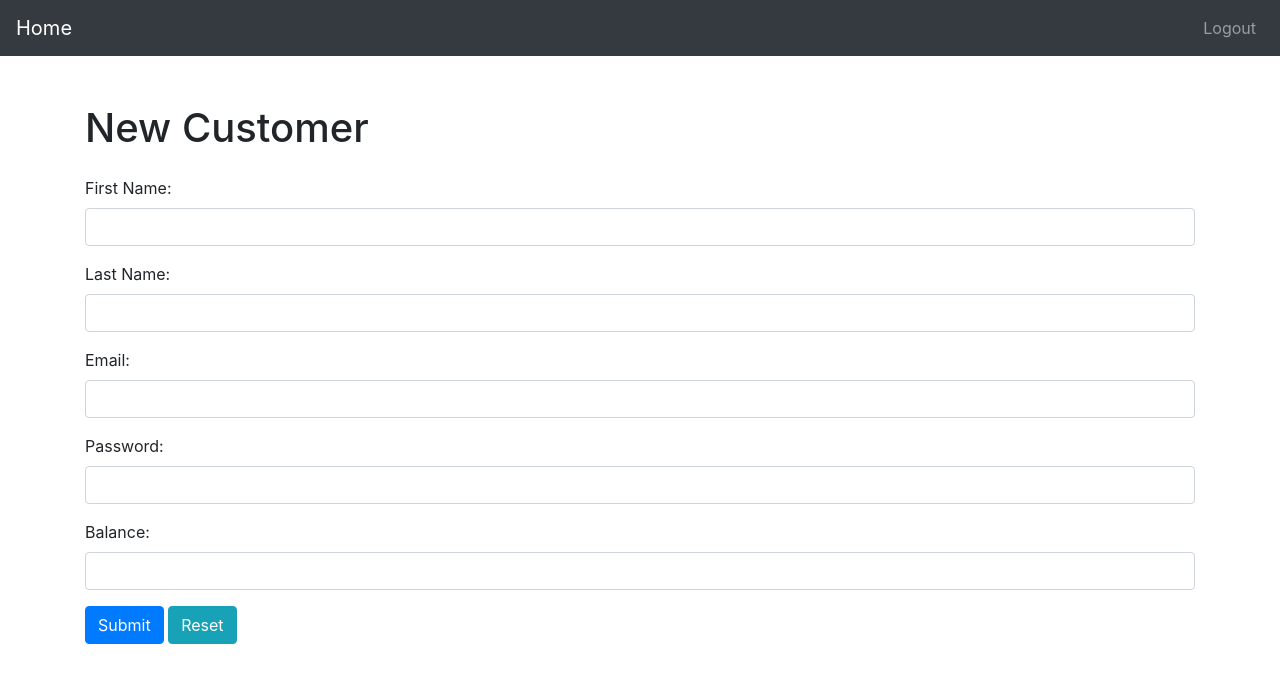
Repository: bhatideepak599/JspServlets
Page: http://localhost/11-bank-application/admin-add-new-Customers.jsp
These files come from the project's save history. The page is drawn as it stood at one moment and after the next save; the edit follows.
The browser window is 1280 px wide. The pictures show the whole page.
The page is served by Tomcat 9.

Above is the page before, as saved 2024-07-22 13:42:49.

After the next save:
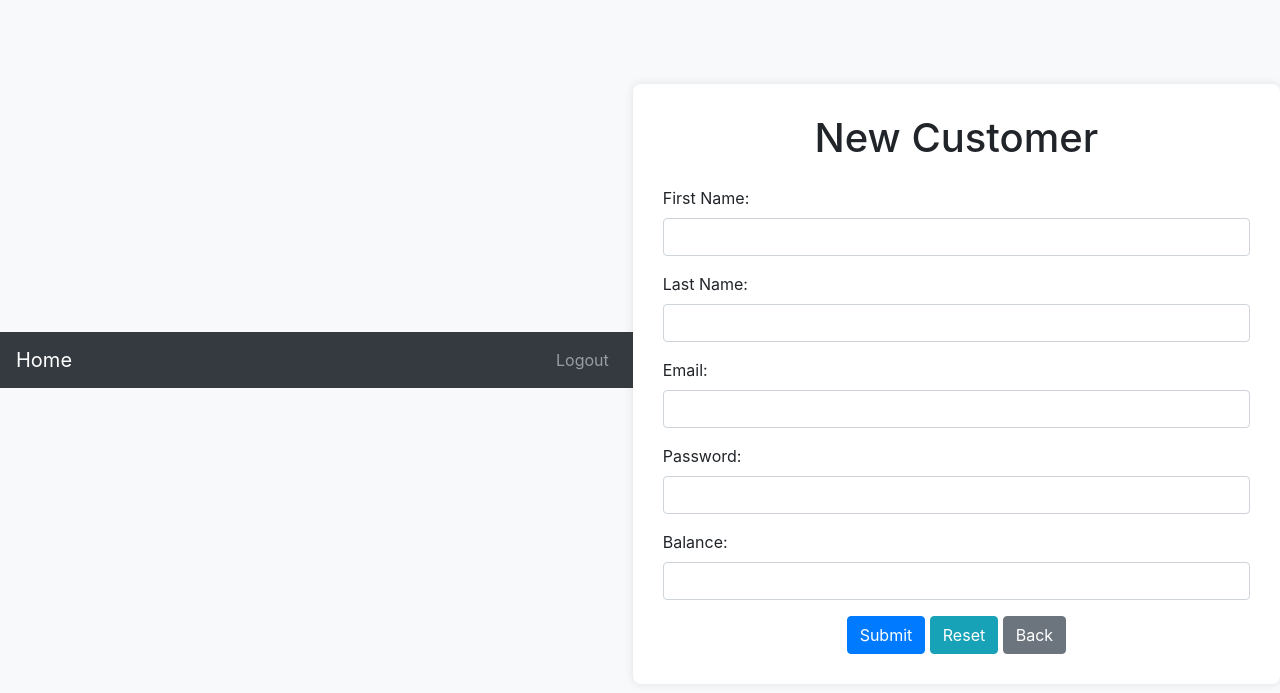
Saved 4 min 11 s later.
--- a/11-bank-application/WebContent/admin-add-new-Customers.jsp
+++ b/11-bank-application/WebContent/admin-add-new-Customers.jsp
@@ -7,42 +7,59 @@
     <title>New Customer</title>
     <!-- Bootstrap CSS -->
     <link href="https://maxcdn.bootstrapcdn.com/bootstrap/4.5.2/css/bootstrap.min.css" rel="stylesheet">
+    <style>
+        body {
+            display: flex;
+            justify-content: center;
+            align-items: center;
+            height: 100vh;
+            background-color: #f8f9fa;
+        }
+        .container {
+            background: #fff;
+            padding: 30px;
+            border-radius: 8px;
+            box-shadow: 0 0 10px rgba(0, 0, 0, 0.1);
+        }
+    </style>
 </head>
 <body>
-<nav class="navbar navbar-expand-lg navbar-dark bg-dark">
-    <a class="navbar-brand" href="AdminController">Home</a>
-    <div class="collapse navbar-collapse">
-      <ul class="navbar-nav ml-auto">
-        <li class="nav-item"><a class="nav-link" href="LogoutServlet">Logout</a></li>
-      </ul>
-    </div>
-  </nav>
+    <nav class="navbar navbar-expand-lg navbar-dark bg-dark w-100">
+        <a class="navbar-brand" href="AdminController">Home</a>
+        <div class="collapse navbar-collapse">
+            <ul class="navbar-nav ml-auto">
+                <li class="nav-item"><a class="nav-link" href="LogoutServlet">Logout</a></li>
+            </ul>
+        </div>
+    </nav>
     <div class="container mt-5">
-        <h1 class="mb-4">New Customer</h1>
+        <h1 class="mb-4 text-center">New Customer</h1>
         <form action="AdminController?action=insertCustomer" method="post">
             <div class="form-group">
                 <label for="firstName">First Name:</label>
-                <input type="text" class="form-control" id="firstName" name="firstName">
+                <input type="text" class="form-control" id="firstName" name="firstName" required>
             </div>
             <div class="form-group">
                 <label for="lastName">Last Name:</label>
-                <input type="text" class="form-control" id="lastName" name="lastName">
+                <input type="text" class="form-control" id="lastName" name="lastName" required>
             </div>
             <div class="form-group">
                 <label for="email">Email:</label>
-                <input type="email" class="form-control" id="email" name="email">
+                <input type="email" class="form-control" id="email" name="email" required>
             </div>
             <div class="form-group">
                 <label for="password">Password:</label>
-                <input type="password" class="form-control" id="password" name="password">
+                <input type="password" class="form-control" id="password" name="password" required>
             </div>
-
             <div class="form-group">
                 <label for="balance">Balance:</label>
-                <input type="text" class="form-control" id="balance" name="balance">
+                <input type="number" class="form-control" id="balance" name="balance" required>
             </div>
-            <button type="submit" class="btn btn-primary">Submit</button>
-            <button type="reset" class="btn btn-info">Reset</button>
+            <div class="text-center">
+                <button type="submit" class="btn btn-primary">Submit</button>
+                <button type="reset" class="btn btn-info">Reset</button>
+                <button type="button" class="btn btn-secondary" onclick="window.history.back();">Back</button>
+            </div>
         </form>
     </div>
 

After the save that followed:
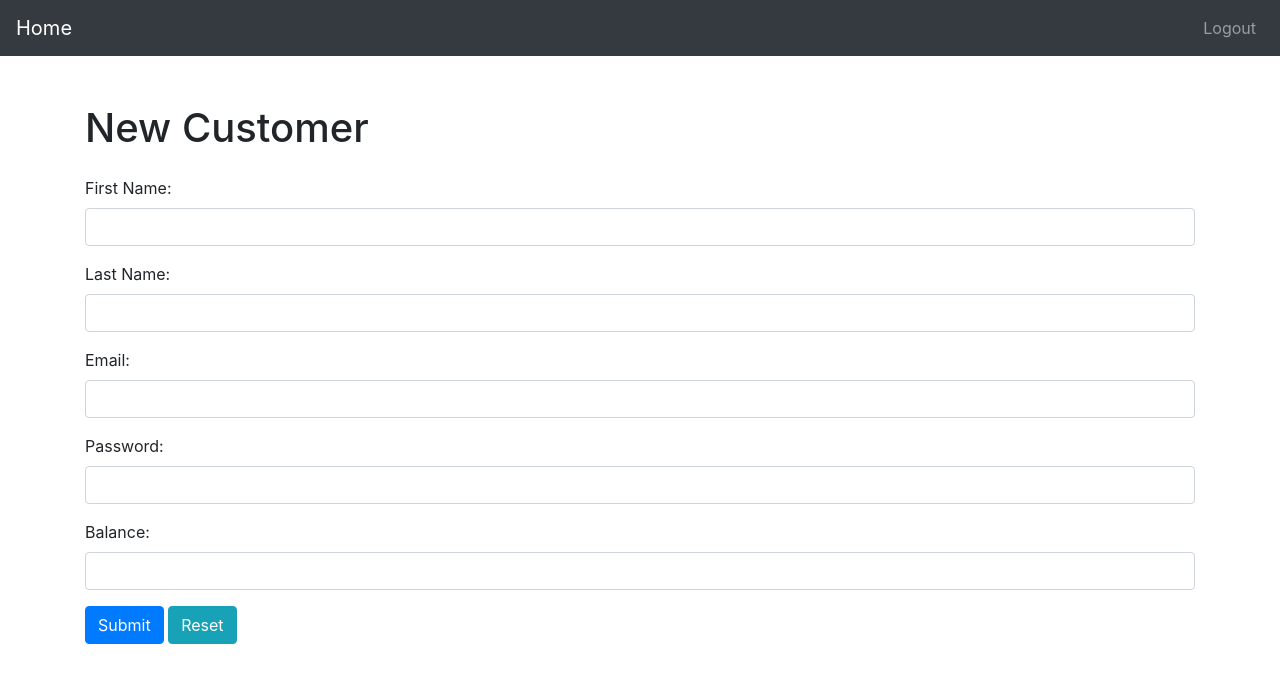
Saved 3 min 22 s later.
--- a/11-bank-application/WebContent/admin-add-new-Customers.jsp
+++ b/11-bank-application/WebContent/admin-add-new-Customers.jsp
@@ -7,59 +7,42 @@
     <title>New Customer</title>
     <!-- Bootstrap CSS -->
     <link href="https://maxcdn.bootstrapcdn.com/bootstrap/4.5.2/css/bootstrap.min.css" rel="stylesheet">
-    <style>
-        body {
-            display: flex;
-            justify-content: center;
-            align-items: center;
-            height: 100vh;
-            background-color: #f8f9fa;
-        }
-        .container {
-            background: #fff;
-            padding: 30px;
-            border-radius: 8px;
-            box-shadow: 0 0 10px rgba(0, 0, 0, 0.1);
-        }
-    </style>
 </head>
 <body>
-    <nav class="navbar navbar-expand-lg navbar-dark bg-dark w-100">
-        <a class="navbar-brand" href="AdminController">Home</a>
-        <div class="collapse navbar-collapse">
-            <ul class="navbar-nav ml-auto">
-                <li class="nav-item"><a class="nav-link" href="LogoutServlet">Logout</a></li>
-            </ul>
-        </div>
-    </nav>
+<nav class="navbar navbar-expand-lg navbar-dark bg-dark">
+    <a class="navbar-brand" href="AdminController">Home</a>
+    <div class="collapse navbar-collapse">
+      <ul class="navbar-nav ml-auto">
+        <li class="nav-item"><a class="nav-link" href="LogoutServlet">Logout</a></li>
+      </ul>
+    </div>
+  </nav>
     <div class="container mt-5">
-        <h1 class="mb-4 text-center">New Customer</h1>
+        <h1 class="mb-4">New Customer</h1>
         <form action="AdminController?action=insertCustomer" method="post">
             <div class="form-group">
                 <label for="firstName">First Name:</label>
-                <input type="text" class="form-control" id="firstName" name="firstName" required>
+                <input type="text" class="form-control" id="firstName" name="firstName">
             </div>
             <div class="form-group">
                 <label for="lastName">Last Name:</label>
-                <input type="text" class="form-control" id="lastName" name="lastName" required>
+                <input type="text" class="form-control" id="lastName" name="lastName">
             </div>
             <div class="form-group">
                 <label for="email">Email:</label>
-                <input type="email" class="form-control" id="email" name="email" required>
+                <input type="email" class="form-control" id="email" name="email">
             </div>
             <div class="form-group">
                 <label for="password">Password:</label>
-                <input type="password" class="form-control" id="password" name="password" required>
+                <input type="password" class="form-control" id="password" name="password">
             </div>
+
             <div class="form-group">
                 <label for="balance">Balance:</label>
-                <input type="number" class="form-control" id="balance" name="balance" required>
+                <input type="text" class="form-control" id="balance" name="balance">
             </div>
-            <div class="text-center">
-                <button type="submit" class="btn btn-primary">Submit</button>
-                <button type="reset" class="btn btn-info">Reset</button>
-                <button type="button" class="btn btn-secondary" onclick="window.history.back();">Back</button>
-            </div>
+            <button type="submit" class="btn btn-primary">Submit</button>
+            <button type="reset" class="btn btn-info">Reset</button>
         </form>
     </div>
 
